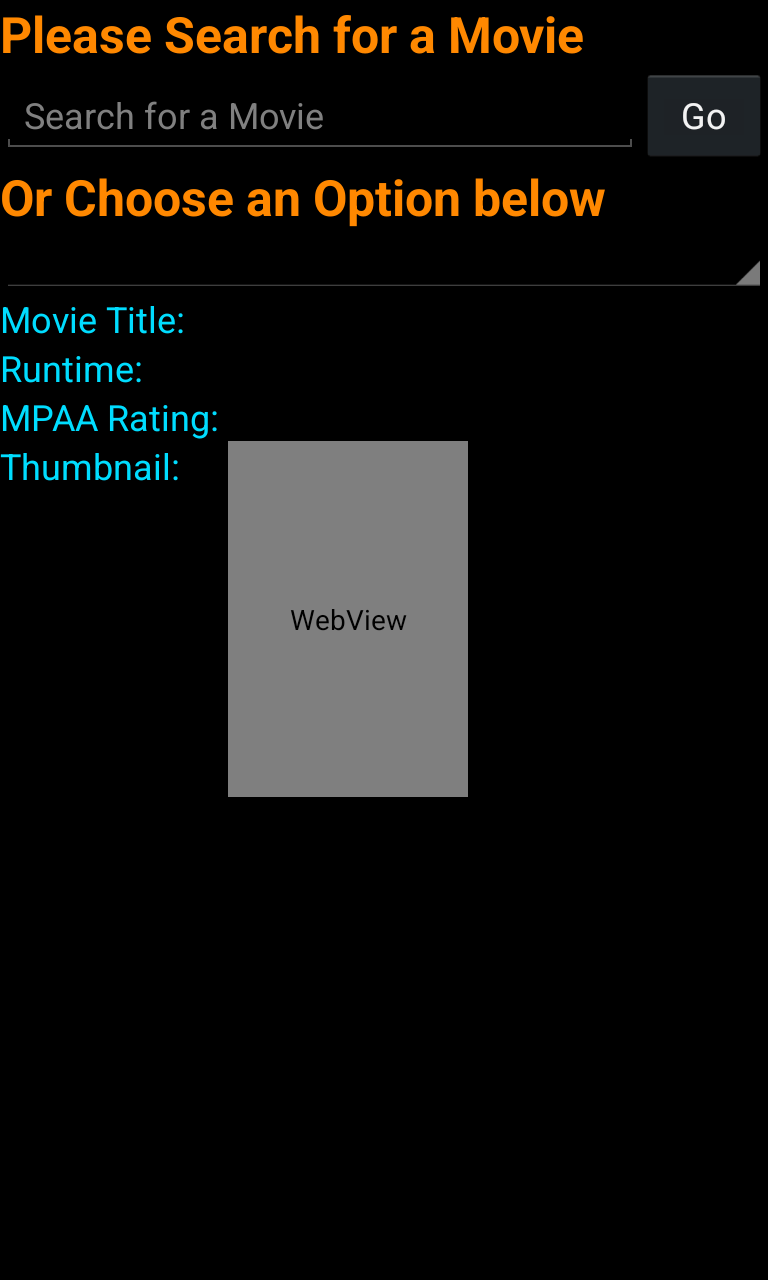
Repository: mikesmithjr/Java1
Layout: Week 4/MovieListing/res/layout/form.xml
These files come from the project's save history. The layout is drawn as it stood at one moment and after the next save; the edit follows.
Pictures or frames that could not be fetched are drawn as grey boxes. It is drawn on a 768 x 1280 px phone screen (xhdpi) without system bars, with theme AppTheme; the app's code is not run.

Above is the layout before, as saved 2013-08-01 06:52:47.

After the next save:
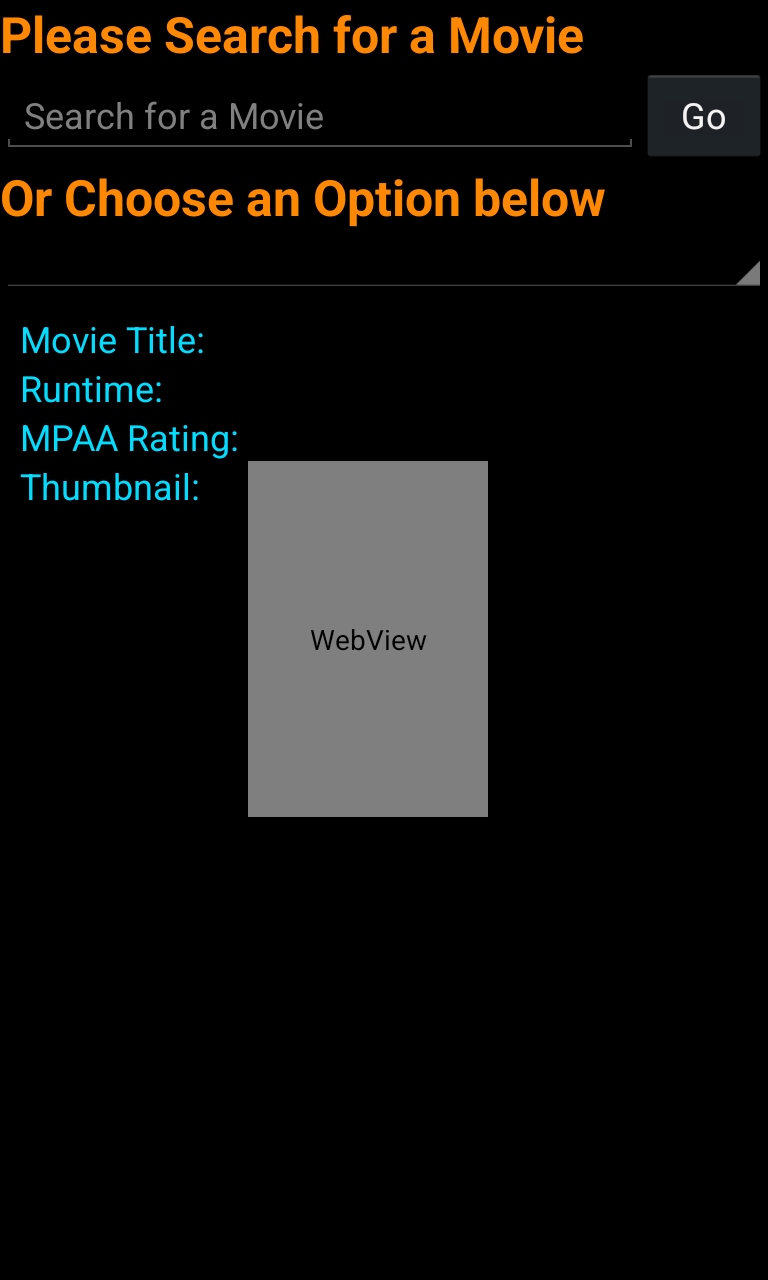
Saved 6 min 26 s later.
--- a/Week 4/MovieListing/res/layout/form.xml
+++ b/Week 4/MovieListing/res/layout/form.xml
@@ -48,7 +48,8 @@
         android:layout_width="match_parent"
         android:layout_height="0dip"
         android:layout_weight="1"
-        android:columnCount="2">
+        android:columnCount="2"
+        android:padding="10dip">
 
         <TextView
             android:layout_width="wrap_content"
